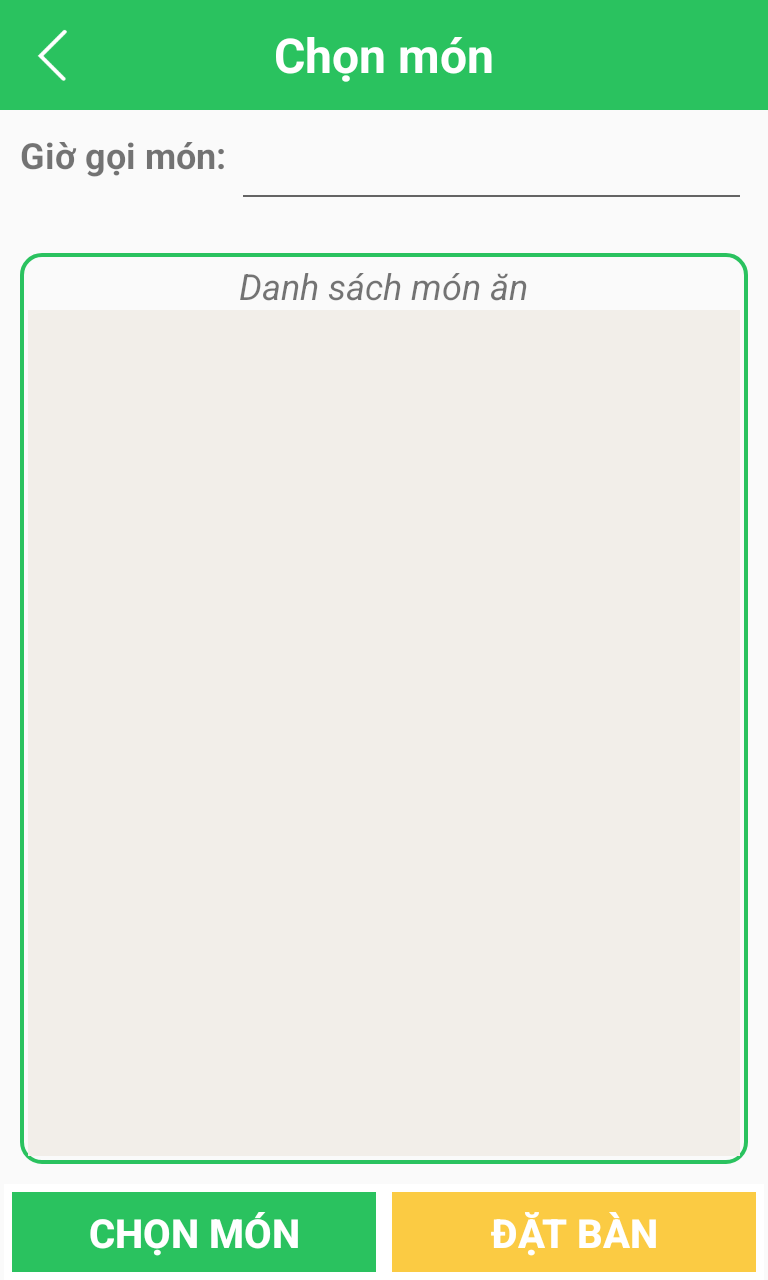
Repository: yenthanh132/Intelresment_AndroidClientApp
Layout: Intelresment/res/layout/activity_order.xml
The author's editor kept a copy of each file at every save. The layout is drawn from the files as they stood at one save, then again after the next save.
It is drawn on a 768 x 1280 px phone screen (xhdpi) without system bars, with theme AppTheme; the app's code is not run. Lists and similar views that code fills are empty.

Above is the layout before, as saved 2014-12-27 07:41:57.

### Intelresment/res/layout/activity_order.xml
<?xml version="1.0" encoding="utf-8"?>
<RelativeLayout xmlns:android="http://schemas.android.com/apk/res/android"
    android:layout_width="match_parent"
    android:layout_height="match_parent" >

    <RelativeLayout
        android:id="@+id/header"
        android:layout_width="match_parent"
        android:layout_height="wrap_content"
        android:background="#2AC25F"
        android:padding="10dp" >

        <ImageButton
            android:id="@+id/btnBack"
            android:layout_width="35dp"
            android:layout_height="35dp"
            android:background="@drawable/transparent_button"
            android:scaleType="fitXY"
            android:src="@drawable/back" />

        <TextView
            android:id="@+id/tvLabel1"
            android:layout_width="wrap_content"
            android:layout_height="wrap_content"
            android:layout_centerInParent="true"
            android:text="Chọn món"
            android:textColor="#fff"
            android:textSize="24sp"
            android:textStyle="bold" />
    </RelativeLayout>

    <RelativeLayout
        android:id="@+id/panelDetail"
        android:layout_width="match_parent"
        android:layout_height="wrap_content"
        android:layout_above="@+id/panelButton"
        android:layout_below="@+id/header"
        android:padding="10dp" >

        <TextView
            android:id="@+id/tvLabel2"
            android:layout_width="wrap_content"
            android:layout_height="wrap_content"
            android:text="Giờ gọi món: "
            android:textSize="18sp"
            android:textStyle="bold" />

        <EditText
            android:id="@+id/txtFilter"
            android:layout_width="match_parent"
            android:layout_height="wrap_content"
            android:layout_toRightOf="@+id/tvLabel2"
            android:inputType="text" />

        <RelativeLayout
            android:id="@+id/panelFood"
            android:layout_width="match_parent"
            android:layout_height="wrap_content"
            android:layout_below="@+id/txtFilter"
            android:layout_marginTop="20dp"
            android:background="@drawable/oval_rectangle"
            android:padding="4dp" >

            <TextView
                android:id="@+id/tvLabel3"
                android:layout_width="wrap_content"
                android:layout_height="wrap_content"
                android:layout_centerHorizontal="true"
                android:text="Danh sách món ăn"
                android:textSize="18sp"
                android:textStyle="italic" />

            <GridView
                android:id="@+id/gvFood"
                android:layout_width="match_parent"
                android:layout_height="match_parent"
                android:layout_below="@+id/tvLabel3"
                android:background="#F2EEE9" >
            </GridView>
        </RelativeLayout>
    </RelativeLayout>

    <LinearLayout
        android:id="@+id/panelButton"
        android:layout_width="match_parent"
        android:layout_height="wrap_content"
        android:layout_alignParentBottom="true"
        android:paddingLeft="2dp"
        android:paddingRight="2dp"
        android:weightSum="2" >

        <Button
            android:id="@+id/btnChooseFood"
            android:layout_width="match_parent"
            android:layout_height="wrap_content"
            android:layout_weight="1"
            android:background="@drawable/green_button"
            android:padding="10dp"
            android:text="Chọn món"
            android:textColor="#fff"
            android:textSize="20sp"
            android:textStyle="bold" />

        <Button
            android:id="@+id/btnOrder"
            android:layout_width="match_parent"
            android:layout_height="wrap_content"
            android:layout_weight="1"
            android:background="@drawable/orange_button"
            android:padding="10dp"
            android:text="Đặt bàn"
            android:textColor="#fff"
            android:textSize="20sp"
            android:textStyle="bold" />
    </LinearLayout>

</RelativeLayout>

### Intelresment/res/drawable/transparent_button.xml
<?xml version="1.0" encoding="utf-8"?>
<selector xmlns:android="http://schemas.android.com/apk/res/android">

    <item android:state_pressed="true"><shape>
            <solid android:color="#0E9174" />
        </shape></item>
    <item><shape>
            <solid android:color="#00000000" />
        </shape></item>

</selector>

### Intelresment/res/drawable/oval_rectangle.xml
<?xml version="1.0" encoding="utf-8"?>
<shape xmlns:android="http://schemas.android.com/apk/res/android" >

    <corners android:radius="10dp" />

    <stroke
        android:width="2dp"
        android:color="#2AC25F" />

</shape>

### Intelresment/res/drawable/green_button.xml
<?xml version="1.0" encoding="utf-8"?>
<selector xmlns:android="http://schemas.android.com/apk/res/android">

    <item android:state_pressed="true"><shape>
            <solid android:color="#0E9174" />

            <stroke android:width="4dp" android:color="#fff" />

            <padding android:bottom="10dp" android:left="10dp" android:right="10dp" android:top="10dp" />
        </shape></item>
    <item><shape>
            <solid android:color="#2AC25F" />

            <stroke android:width="4dp" android:color="#fff" />


        </shape></item>

</selector>

### Intelresment/res/drawable/orange_button.xml
<?xml version="1.0" encoding="utf-8"?>
<selector xmlns:android="http://schemas.android.com/apk/res/android">

    <item android:state_pressed="true"><shape>
            <solid android:color="#0E9174" />

            <stroke android:width="4dp" android:color="#fff" />

            <padding android:bottom="10dp" android:left="10dp" android:right="10dp" android:top="10dp" />
        </shape></item>
    <item><shape>
            <solid android:color="#FBCB43" />

            <stroke android:width="4dp" android:color="#fff" />


        </shape></item>

</selector>

Loaded but not shown: Intelresment/res/values/styles.xml (common file); Intelresment/res/values-v11/styles.xml (common file); Intelresment/res/values-v14/styles.xml (common file)

After the next save:
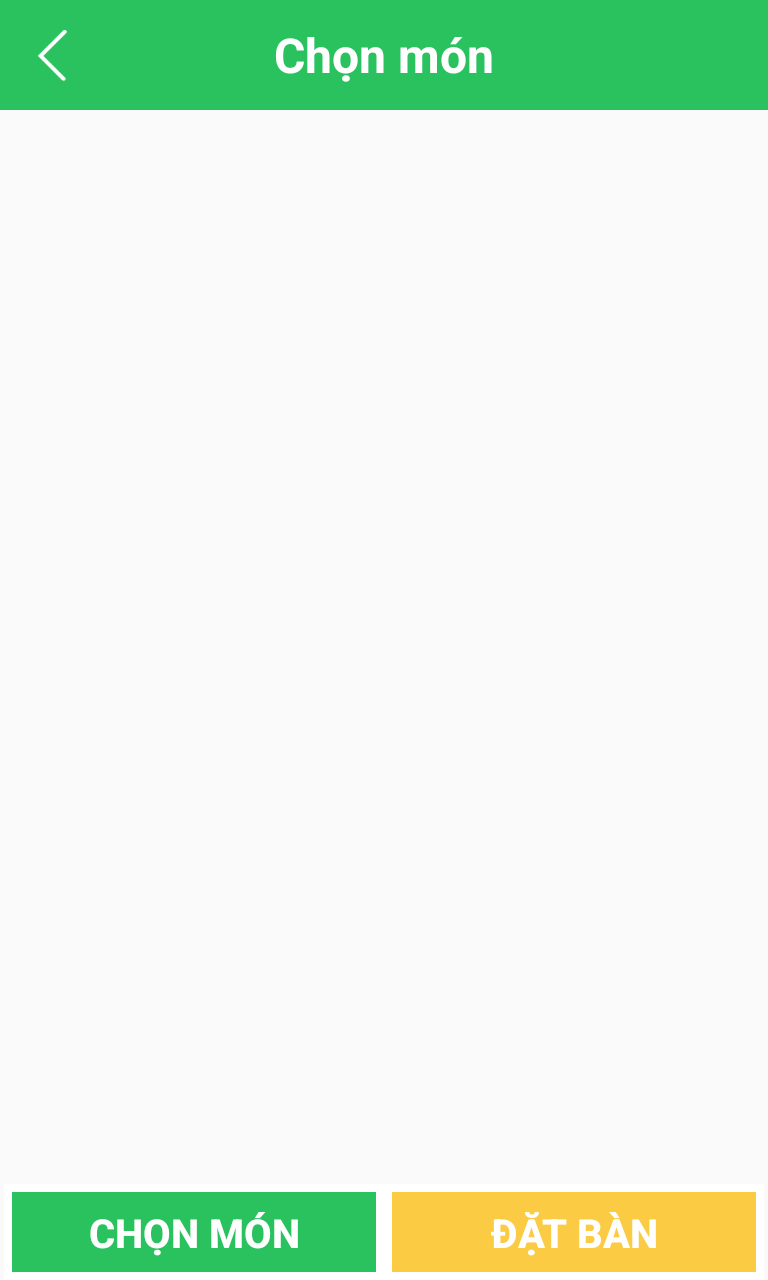
Saved 104 s later.
--- a/Intelresment/res/layout/activity_order.xml
+++ b/Intelresment/res/layout/activity_order.xml
@@ -29,56 +29,7 @@
             android:textStyle="bold" />
     </RelativeLayout>
 
-    <RelativeLayout
-        android:id="@+id/panelDetail"
-        android:layout_width="match_parent"
-        android:layout_height="wrap_content"
-        android:layout_above="@+id/panelButton"
-        android:layout_below="@+id/header"
-        android:padding="10dp" >
 
-        <TextView
-            android:id="@+id/tvLabel2"
-            android:layout_width="wrap_content"
-            android:layout_height="wrap_content"
-            android:text="Giờ gọi món: "
-            android:textSize="18sp"
-            android:textStyle="bold" />
-
-        <EditText
-            android:id="@+id/txtFilter"
-            android:layout_width="match_parent"
-            android:layout_height="wrap_content"
-            android:layout_toRightOf="@+id/tvLabel2"
-            android:inputType="text" />
-
-        <RelativeLayout
-            android:id="@+id/panelFood"
-            android:layout_width="match_parent"
-            android:layout_height="wrap_content"
-            android:layout_below="@+id/txtFilter"
-            android:layout_marginTop="20dp"
-            android:background="@drawable/oval_rectangle"
-            android:padding="4dp" >
-
-            <TextView
-                android:id="@+id/tvLabel3"
-                android:layout_width="wrap_content"
-                android:layout_height="wrap_content"
-                android:layout_centerHorizontal="true"
-                android:text="Danh sách món ăn"
-                android:textSize="18sp"
-                android:textStyle="italic" />
-
-            <GridView
-                android:id="@+id/gvFood"
-                android:layout_width="match_parent"
-                android:layout_height="match_parent"
-                android:layout_below="@+id/tvLabel3"
-                android:background="#F2EEE9" >
-            </GridView>
-        </RelativeLayout>
-    </RelativeLayout>
 
     <LinearLayout
         android:id="@+id/panelButton"

After the 2 saves that followed:
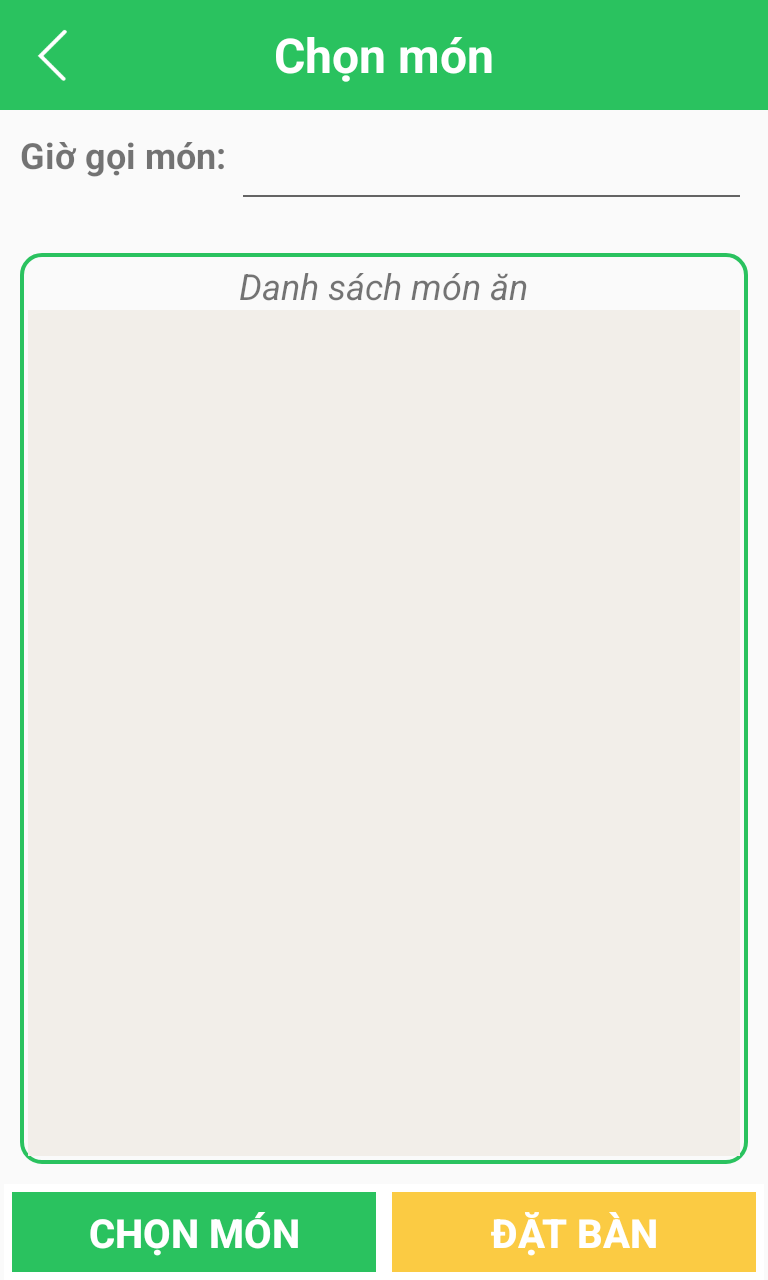
The 2 saves are shown as one change because they came seconds apart.
The last was saved 9 s later.
--- a/Intelresment/res/layout/activity_order.xml
+++ b/Intelresment/res/layout/activity_order.xml
@@ -29,7 +29,56 @@
             android:textStyle="bold" />
     </RelativeLayout>
 
+    <RelativeLayout
+        android:id="@+id/panelDetail"
+        android:layout_width="match_parent"
+        android:layout_height="wrap_content"
+        android:layout_above="@+id/panelButton"
+        android:layout_below="@+id/header"
+        android:padding="10dp" >
 
+        <TextView
+            android:id="@+id/tvLabel2"
+            android:layout_width="wrap_content"
+            android:layout_height="wrap_content"
+            android:text="Giờ gọi món: "
+            android:textSize="18sp"
+            android:textStyle="bold" />
+
+        <EditText
+            android:id="@+id/txtFilter"
+            android:layout_width="match_parent"
+            android:layout_height="wrap_content"
+            android:layout_toRightOf="@+id/tvLabel2"
+            android:inputType="text" />
+
+        <RelativeLayout
+            android:id="@+id/panelFood"
+            android:layout_width="match_parent"
+            android:layout_height="wrap_content"
+            android:layout_below="@+id/txtFilter"
+            android:layout_marginTop="20dp"
+            android:background="@drawable/oval_rectangle"
+            android:padding="4dp" >
+
+            <TextView
+                android:id="@+id/tvLabel3"
+                android:layout_width="wrap_content"
+                android:layout_height="wrap_content"
+                android:layout_centerHorizontal="true"
+                android:text="Danh sách món ăn"
+                android:textSize="18sp"
+                android:textStyle="italic" />
+
+            <GridView
+                android:id="@+id/gvFood"
+                android:layout_width="match_parent"
+                android:layout_height="match_parent"
+                android:layout_below="@+id/tvLabel3"
+                android:background="#F2EEE9" >
+            </GridView>
+        </RelativeLayout>
+    </RelativeLayout>
 
     <LinearLayout
         android:id="@+id/panelButton"
